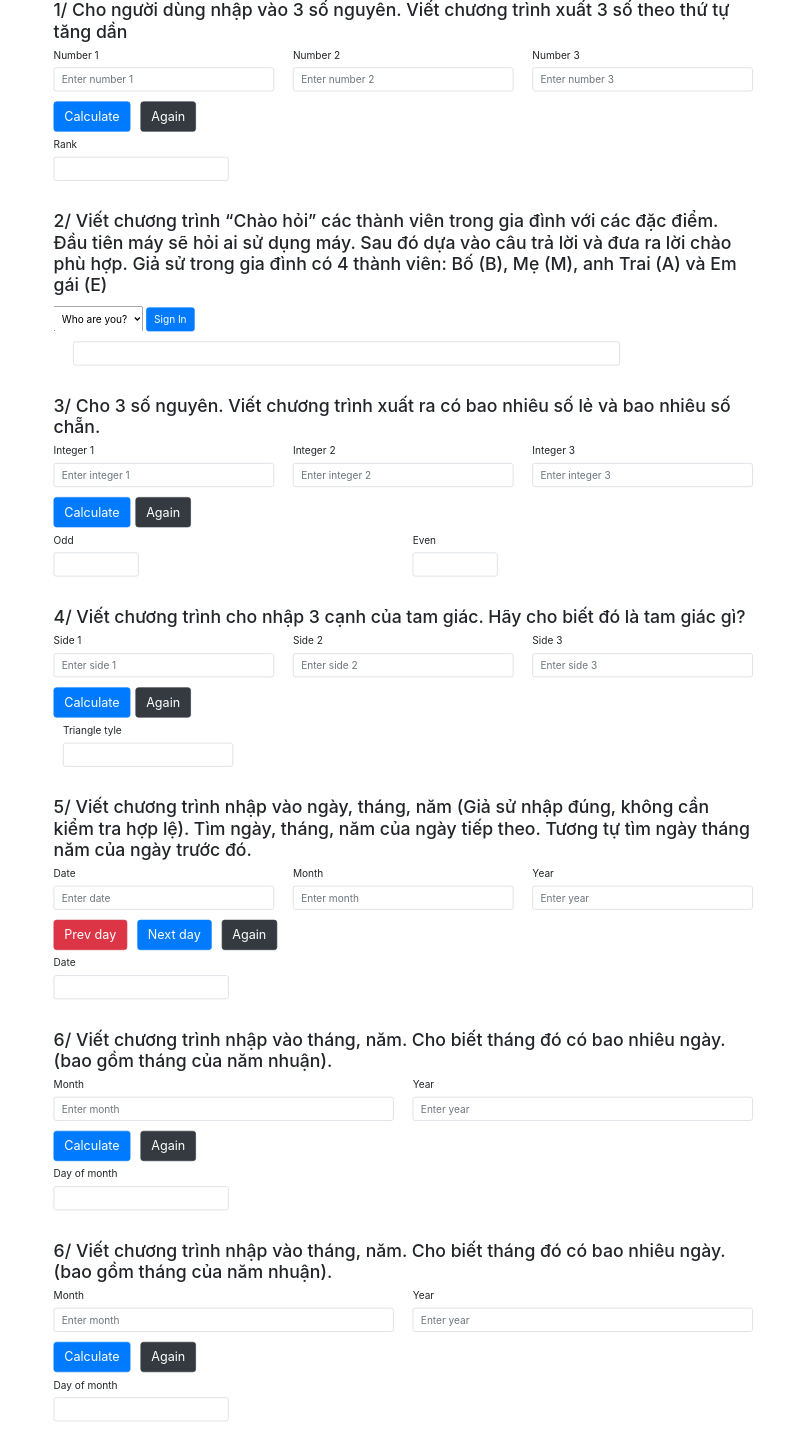
Repository: baobaodeveloper/bootscamp21__jsbasic__HuynhAnhBao
Page: index.html
The author's editor kept a copy of each file at every save. The page is drawn from the files as they stood at one save, then again after the next save.
The browser window is 1280 px wide. The pictures show the whole page, at 63% of full size.

Above is the page before, as saved 2022-03-10 23:34:15.

After the next save:
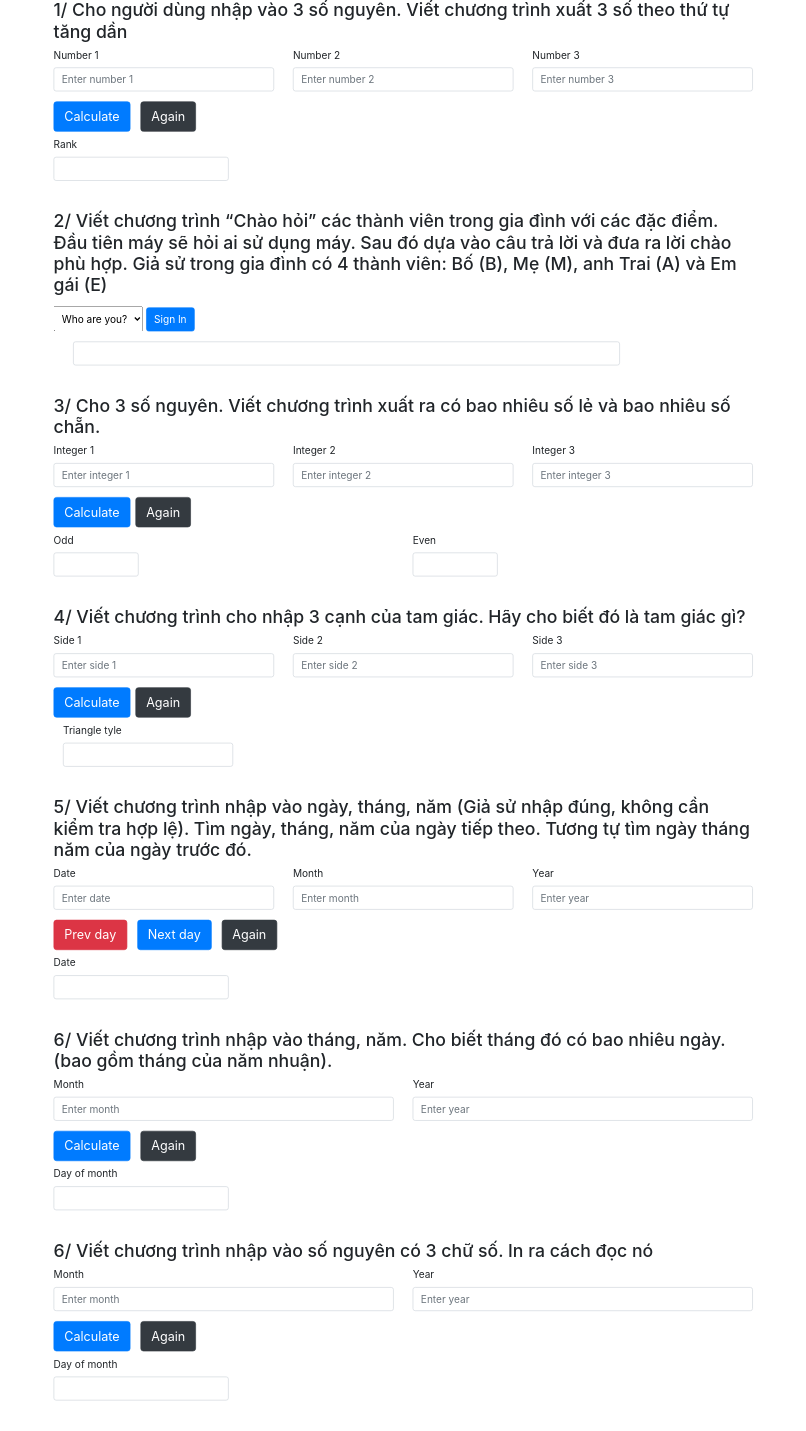
Saved 22 s later.
--- a/index.html
+++ b/index.html
@@ -343,8 +343,7 @@
     <!--7 Viết chương trình nhập vào số nguyên có 3 chữ số. In ra cách đọc nó.-->
     <div class="container mb-xl-5">
       <h3>
-        6/ Viết chương trình nhập vào tháng, năm. Cho biết tháng đó có bao nhiêu
-        ngày. (bao gồm tháng của năm nhuận).
+        6/ Viết chương trình nhập vào số nguyên có 3 chữ số. In ra cách đọc nó
       </h3>
 
       <div class="row">
